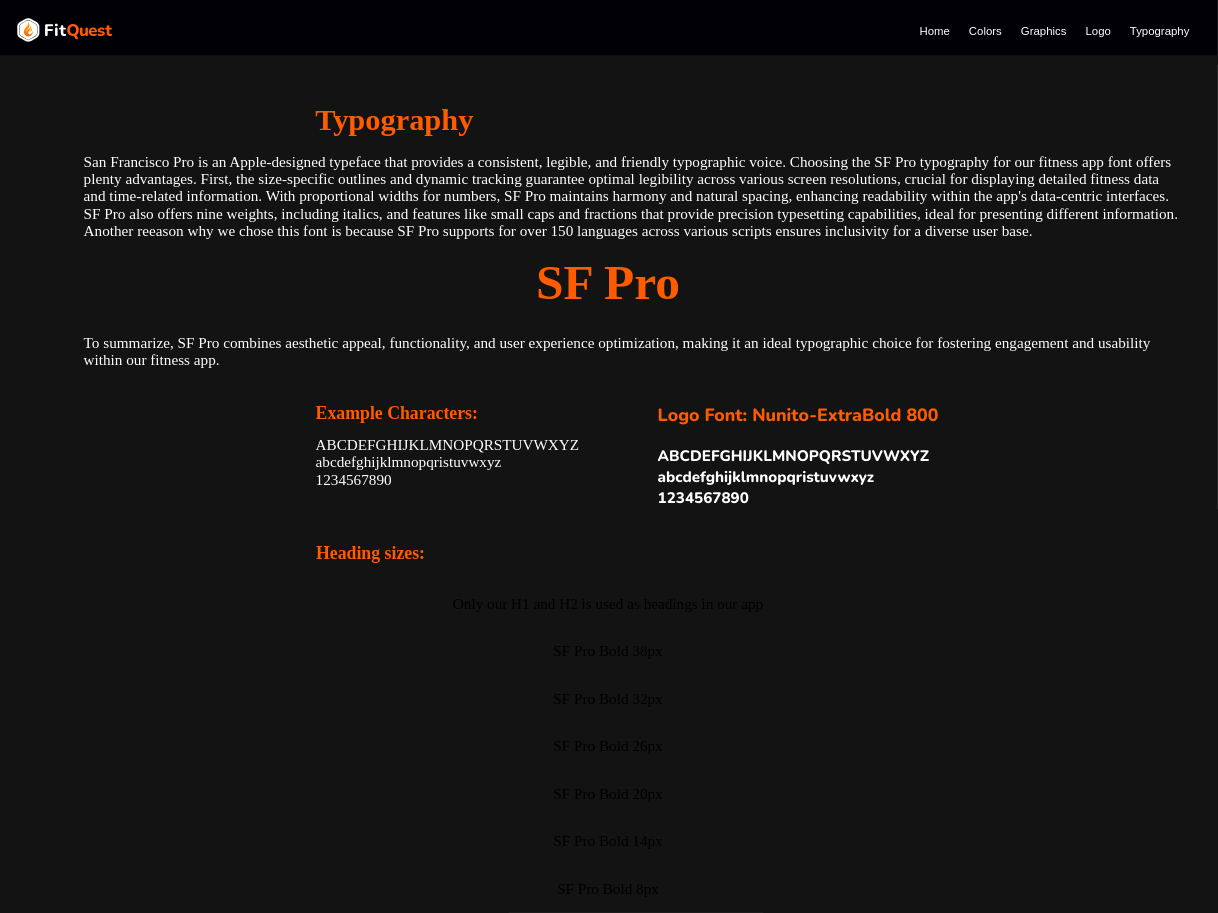
Repository: KyannaKrueger/a5styleguide
Page: /typography
These files come from the project's save history. The page is drawn as it stood at one moment and after the next save; the edit follows.
The browser window is 1280 px wide. The page is 1282 px wide, so the pictures cover 1282 px, including what lies to the right of the window. The pictures show the whole page, at 95% of full size.
The project was rebuilt for these pictures with package versions that can differ from the ones it lists, and the page was loaded fresh each time. The framework's server and built-in components were replaced by stand-ins that run in the browser. Also part of the build but not shown: next.config.mjs.

Above is the page before, as saved 2024-04-07 16:55:53.

After the next save:
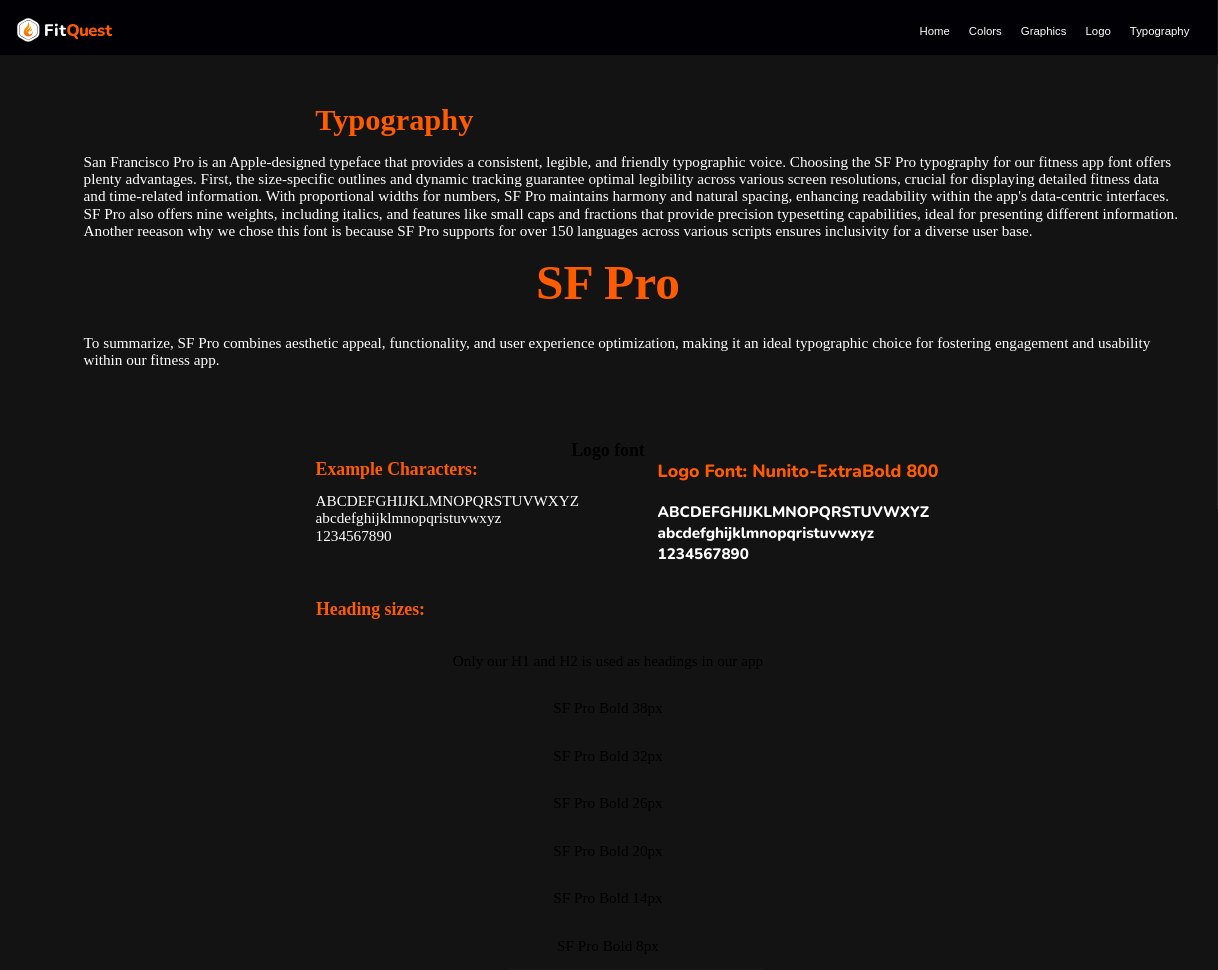
Saved 108 s later.
--- a/pages/typography.js
+++ b/pages/typography.js
@@ -23,6 +23,7 @@
             Another reeason why we chose this font is because SF Pro supports for over 150 languages across various scripts ensures inclusivity for a diverse user base.</p>
         <h1 className={styles.bigSF}>SF Pro</h1>
         <p className={styles.typoText}>To summarize, SF Pro combines aesthetic appeal, functionality, and user experience optimization, making it an ideal typographic choice for fostering engagement and usability within our fitness app.</p>
+        <h3>Logo font</h3>
         <div className={styles.exampleContainer}>
           <div className={styles.mainExContainer}>
               <h3 className={styles.characterH}>Example Characters:</h3>
